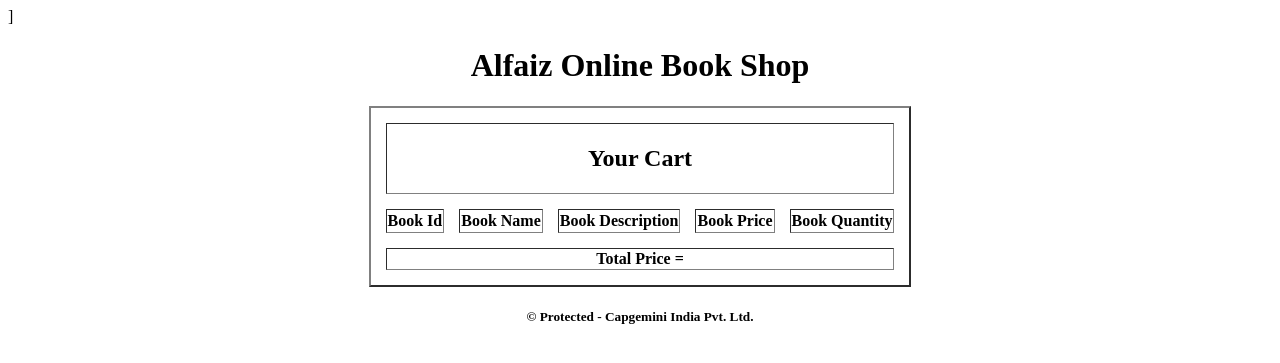
Repository: Rccalfa123/OnlineShopingCart
Page: http://localhost/OnlineBookShopping_Servlet-JSP/Cart.jsp
An editor plug-in stored every save of this project. The page is shown before and after the next save, followed by the edit.
The browser window is 1280 px wide. The pictures show the whole page.
The page is served by Tomcat 9. Other server files are loaded and not shown.

Above is the page before, as saved 2018-08-09 14:26:14.

### OnlineBookShopping_Servlet-JSP/WebContent/Cart.jsp
<%@ page language="java" contentType="text/html; charset=ISO-8859-1"
	pageEncoding="ISO-8859-1"%>
<%@taglib prefix="alfa" uri="http://java.sun.com/jsp/jstl/core"%>
<!DOCTYPE html>
<html>
<head>
]
<link rel="stylesheet" type="text/css" href="mystyle.css">

<meta charset="ISO-8859-1">
<title>Cart</title>
</head>
<body>
	<jsp:include page="header.jsp"></jsp:include>

	<alfa:if test="${sessionScope.counter == 0}">
		<alfa:redirect url="Error.jsp"></alfa:redirect>
	</alfa:if>
	<alfa:if test="${sessionScope.counter != 0}">
		<form action=".app" method="get">

			<div>
				<table cellspacing="15" align="center" border="2">
					<tr>
						<th colspan="6" height="35"><h2>Your Cart</h2></th>
					</tr>
					<tr>
						<th height="20">Book Id</th>
						<th height="20">Book Name</th>
						<th height="20">Book Description</th>
						<th height="20">Book Price</th>
						<th height="20">Book Quantity</th>

					</tr>

					<alfa:forEach var="booksInCart" items="${sessionScope.booksInCart}">
						<tr>
							<td align="center">${booksInCart.bookObject.bookId}</td>
							<td align="center">${booksInCart.bookObject.bookName}</td>
							<td align="center">${booksInCart.bookObject.bookDescription}</td>
							<td align="center">${booksInCart.bookObject.bookPrice}</td>
							<td align="center">${booksInCart.noofBookAdded}</td>
							<td align="center" colspan="2"><a
								href="removenew.app?bookId=${booksInCart.bookObject.bookId}">Remove
									From Cart</a></td>
						</tr>
					</alfa:forEach>
					<tr>
						<th colspan="6">Total Price = ${sessionScope.price}</th>
					</tr>
				</table>
			</div>

		</form>
	</alfa:if>
	<jsp:include page="footer.html"></jsp:include>

</body>
</html>

### OnlineBookShopping_Servlet-JSP/WebContent/header.jsp
<%@taglib prefix="jstl" uri="http://java.sun.com/jsp/jstl/core" %>
<div align="center">
	<h1>Alfaiz Online Book Shop</h1>
</div>

### OnlineBookShopping_Servlet-JSP/WebContent/footer.html
<div align="center">
<h5>&copy; Protected - Capgemini India Pvt. Ltd.</h5>
</div>

Loaded but not shown: OnlineBookShopping_Servlet-JSP/WebContent/mystyle.css (no copy from this time; the picture is the same without it)

After the next save:
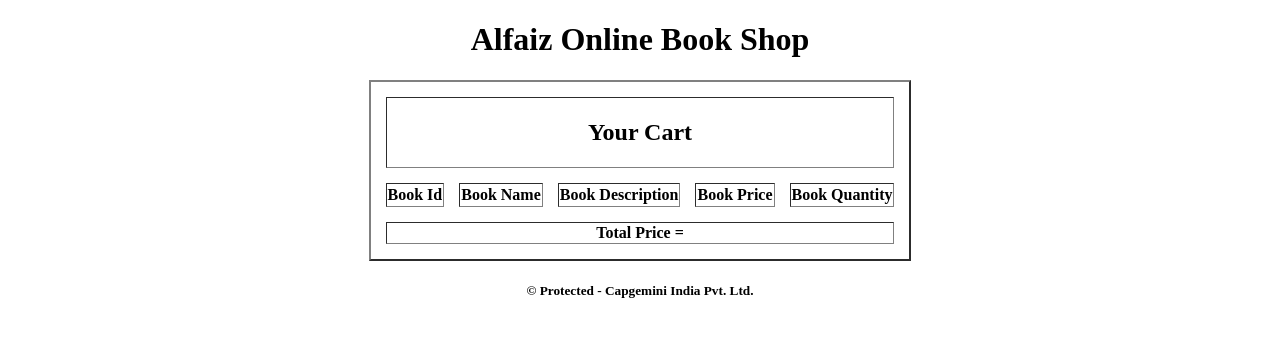
Saved 7 s later.
--- a/OnlineBookShopping_Servlet-JSP/WebContent/Cart.jsp
+++ b/OnlineBookShopping_Servlet-JSP/WebContent/Cart.jsp
@@ -4,7 +4,6 @@
 <!DOCTYPE html>
 <html>
 <head>
-]
 <link rel="stylesheet" type="text/css" href="mystyle.css">
 
 <meta charset="ISO-8859-1">
